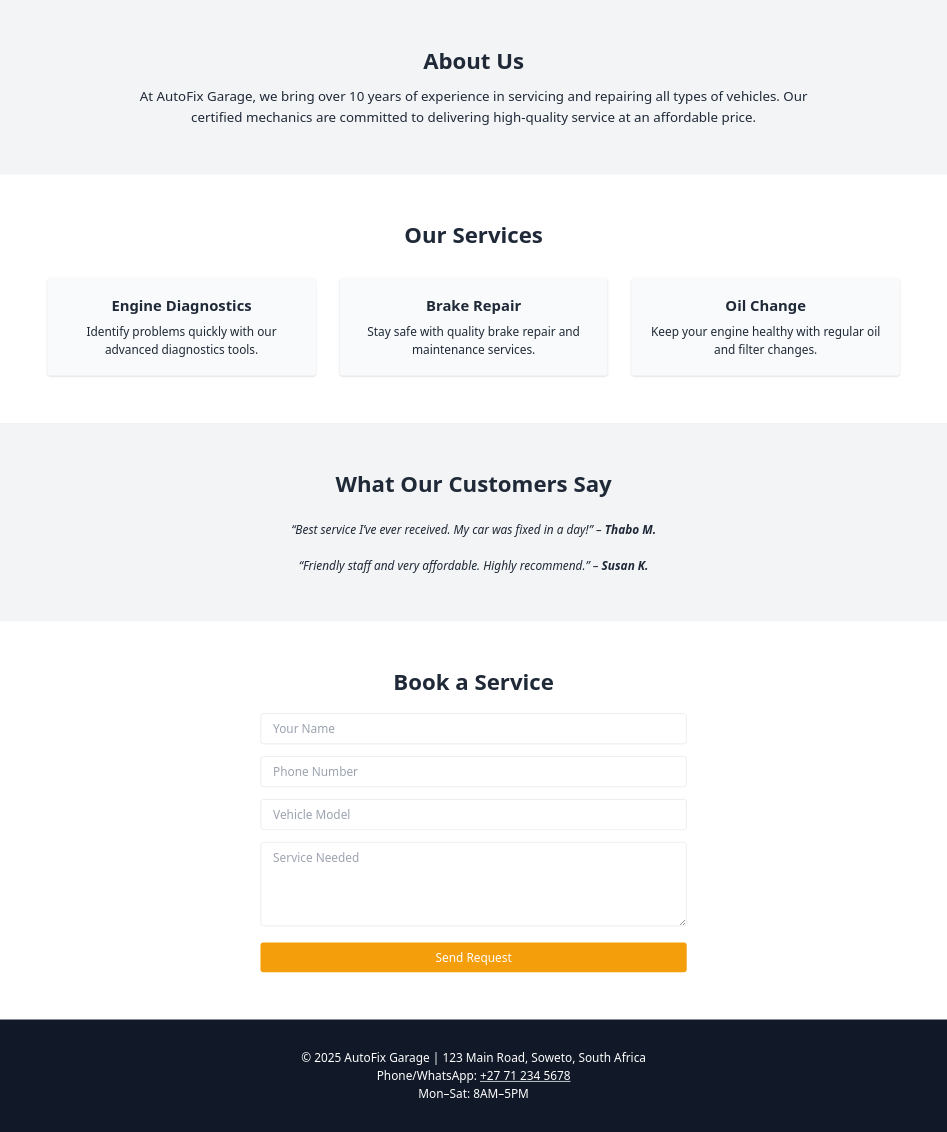
Repository: The-man-of-books/Mechanic
Page: index.html
The author's editor kept a copy of each file at every save. The page is drawn from the files as they stood at one save, then again after the next save.
The browser window is 1280 px wide. The pictures show the part of the page from y = 720 to 2447 px (the page is 2250 px tall before and 2447 px after), at 74% of full size.

Above is the page before, as saved 2025-07-15 15:34:32.

After the next save:
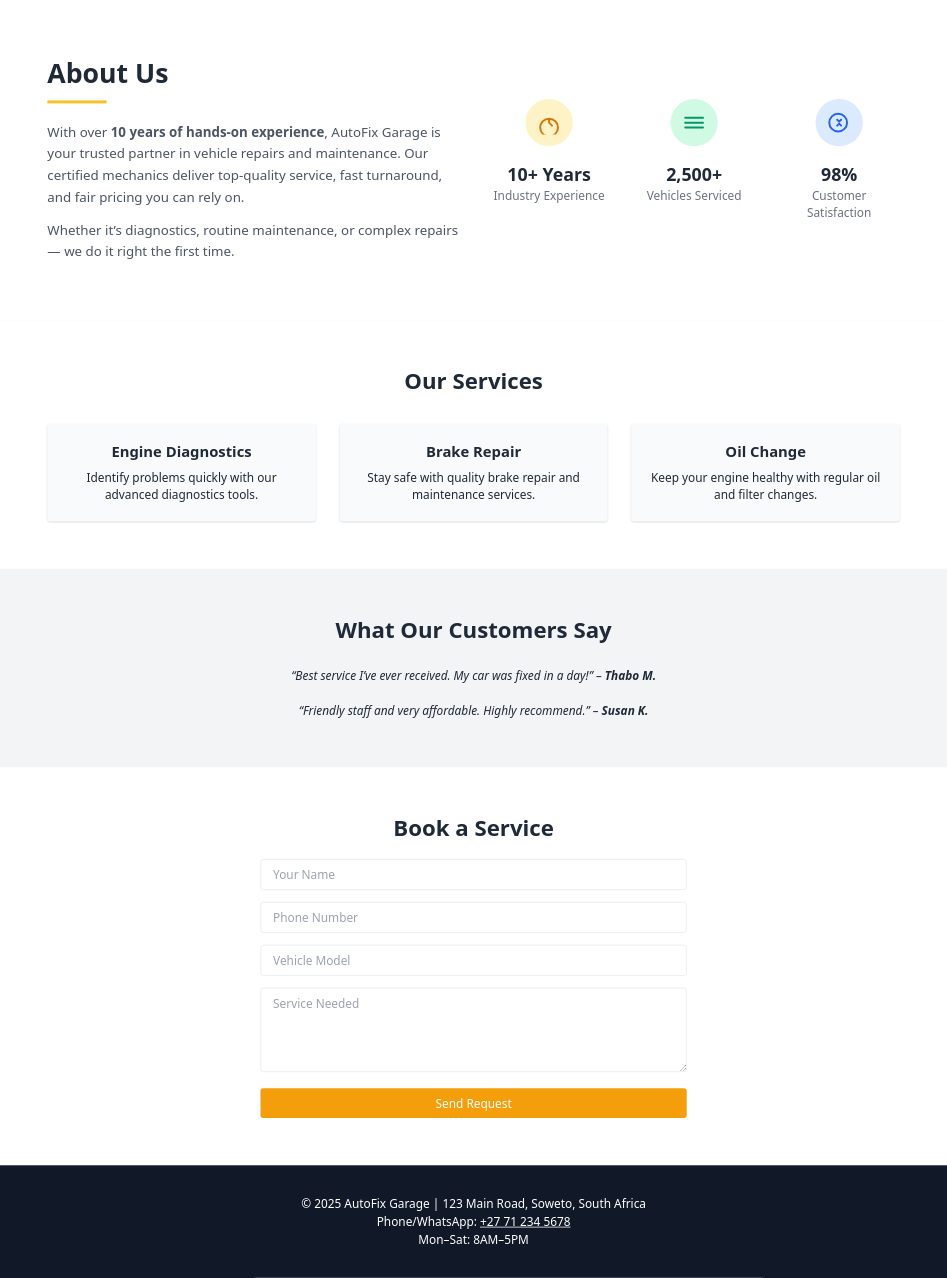
Saved 2 min 29 s later.
--- a/index.html
+++ b/index.html
@@ -41,11 +41,72 @@
 </style>
 
 
-  <!-- About Section -->
-  <section class="py-16 px-6 max-w-5xl mx-auto text-center">
-    <h2 class="text-3xl font-bold mb-4">About Us</h2>
-    <p class="text-lg">At AutoFix Garage, we bring over 10 years of experience in servicing and repairing all types of vehicles. Our certified mechanics are committed to delivering high-quality service at an affordable price.</p>
-  </section>
+  <!-- About Section with Stats -->
+<section class="bg-white py-20 px-6">
+  <div class="max-w-6xl mx-auto grid md:grid-cols-2 items-center gap-10 animate-fadeIn">
+
+    <!-- Text Content -->
+    <div>
+      <h2 class="text-4xl font-extrabold text-gray-800 mb-4">About Us</h2>
+      <div class="w-20 h-1 bg-yellow-400 mb-6"></div>
+      <p class="text-lg text-gray-600 leading-relaxed">
+        With over <strong>10 years of hands-on experience</strong>, AutoFix Garage is your trusted partner in vehicle repairs and maintenance. Our certified mechanics deliver top-quality service, fast turnaround, and fair pricing you can rely on.
+      </p>
+      <p class="text-lg text-gray-600 mt-4">
+        Whether it’s diagnostics, routine maintenance, or complex repairs — we do it right the first time.
+      </p>
+    </div>
+
+    <!-- Stats Grid -->
+    <div class="grid grid-cols-1 sm:grid-cols-3 gap-8 text-center">
+      <!-- Stat 1 -->
+      <div>
+        <div class="bg-yellow-100 text-yellow-600 p-4 rounded-full inline-block mb-4">
+          <svg class="w-8 h-8" fill="none" stroke="currentColor" stroke-width="2" viewBox="0 0 24 24">
+            <path stroke-linecap="round" stroke-linejoin="round" d="M12 8v4l3 3m6 2a9 9 0 11-18 0 9 9 0 0118 0z" />
+          </svg>
+        </div>
+        <h3 class="text-2xl font-bold text-gray-800">10+ Years</h3>
+        <p class="text-gray-500">Industry Experience</p>
+      </div>
+
+      <!-- Stat 2 -->
+      <div>
+        <div class="bg-green-100 text-green-600 p-4 rounded-full inline-block mb-4">
+          <svg class="w-8 h-8" fill="none" stroke="currentColor" stroke-width="2" viewBox="0 0 24 24">
+            <path stroke-linecap="round" stroke-linejoin="round" d="M3 7h18M3 12h18M3 17h18" />
+          </svg>
+        </div>
+        <h3 class="text-2xl font-bold text-gray-800">2,500+</h3>
+        <p class="text-gray-500">Vehicles Serviced</p>
+      </div>
+
+      <!-- Stat 3 -->
+      <div>
+        <div class="bg-blue-100 text-blue-600 p-4 rounded-full inline-block mb-4">
+          <svg class="w-8 h-8" fill="none" stroke="currentColor" stroke-width="2" viewBox="0 0 24 24">
+            <path stroke-linecap="round" stroke-linejoin="round" d="M14 9l-2 2-2-2m0 6l2-2 2 2m6-3a9 9 0 11-18 0 9 9 0 0118 0z" />
+          </svg>
+        </div>
+        <h3 class="text-2xl font-bold text-gray-800">98%</h3>
+        <p class="text-gray-500">Customer Satisfaction</p>
+      </div>
+    </div>
+  </div>
+</section>
+
+<!-- Optional Fade-in Animation -->
+<style>
+  @keyframes fadeIn {
+    from { opacity: 0; transform: translateY(30px); }
+    to { opacity: 1; transform: translateY(0); }
+  }
+
+  .animate-fadeIn {
+    animation: fadeIn 1s ease-out forwards;
+  }
+</style>
+
 
   <!-- Services -->
   <section class="py-16 bg-white px-6">
